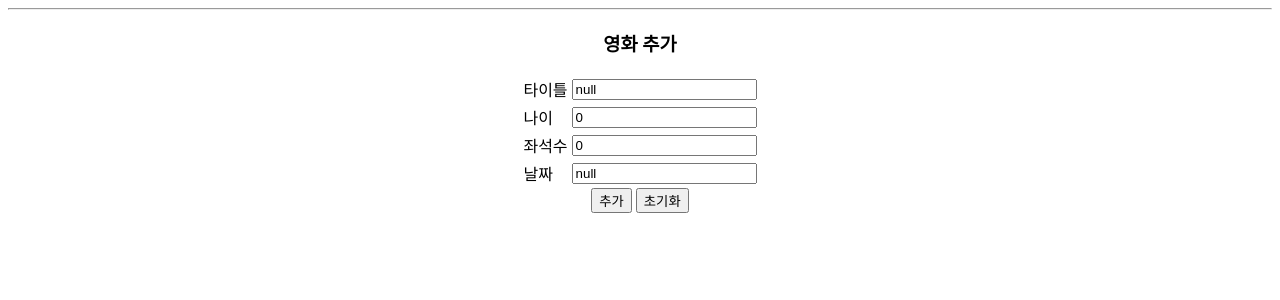
Repository: Juseong-Bang/jspWebProject
Page: http://localhost/FilmBooking/insert.jsp
These files come from the project's save history. The page is drawn as it stood at one moment and after the next save; the edit follows.
The browser window is 1280 px wide. The pictures show the whole page.
The page is served by Tomcat 9. Other server files are loaded and not shown.

Above is the page before, as saved 2017-11-27 16:14:21.

### FilmBooking/WebContent/insert.jsp
<%@page import="Filmbooking.filmBean"%>
<%@page import="Filmbooking.film"%>
<%@ page language="java" contentType="text/html; charset=UTF-8"
    pageEncoding="UTF-8"%>
<!DOCTYPE html PUBLIC "-//W3C//DTD HTML 4.01 Transitional//EN" "http://www.w3.org/TR/html4/loose.dtd">
<html>

<head>
<meta http-equiv="Content-Type" content="text/html; charset=UTF-8">
<title>영화 추가</title>
</head>
<hr>
<body>
<div align="center">
<h3>영화 추가</h3>
<jsp:useBean id="movie" scope="request" class="Filmbooking.film" />
<form name=form1 method=post action=control.jsp/>
<input type=hidden name="film" value="insert">
<table>
<tr>
<td>타이틀</td>
<td><input type ="text" size=20 name=title value="<%=movie.getFilm_name() %>"/></td>
</tr>
<tr>
<td>나이</td>
<td><input type ="text" size=20 name=age value="<%=movie.getAge_phase() %>"/></td>
</tr>
<tr>
<td>좌석수</td>
<td><input type ="text" size=20 name=seat value="<%=movie.getSeat_num()%>"/></td>
</tr>
<tr>
<td>날짜</td>
<td><input type ="text" size=20 name=date value="<%=movie.getDate() %>"/></td>
</tr>
</table>
<input type="submit" value= 추가 >
<input type="reset" value= 초기화>
</div>
</body>
</html>

### FilmBooking/src/Filmbooking/film.java
package Filmbooking;

public class film {

private int id_film;
private String film_name;
private int age_phase;
private int seat_num;
private String date;

public int getId_film() {
	return id_film;
}
public void setId_film(int id_film) {
	this.id_film = id_film;
}
public String getFilm_name() {
	return film_name;
}
public void setFilm_name(String film_name) {
	this.film_name = film_name;
}
public int getAge_phase() {
	return age_phase;
}
public void setAge_phase(int age_phase) {
	this.age_phase = age_phase;
}
public int getSeat_num() {
	return seat_num;
}
public void setSeat_num(int seat_num) {
	this.seat_num = seat_num;
}
public String getDate() {
	return date;
}
public void setDate(String date) {
	this.date = date;
}
}

After the next save:
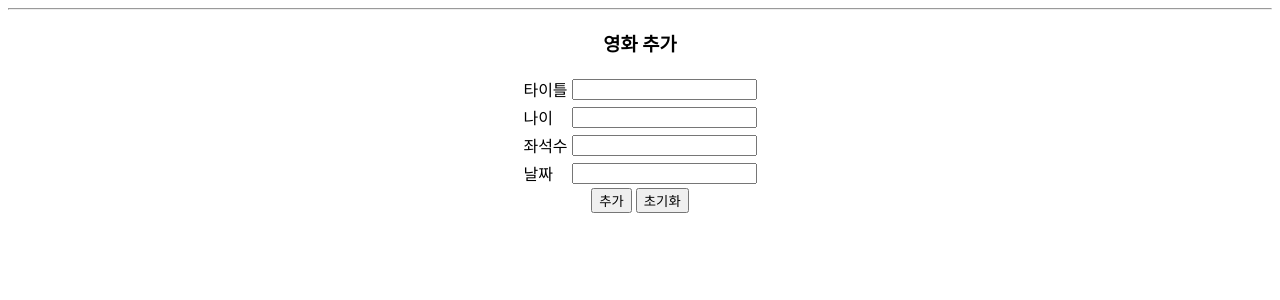
Saved 3 min 55 s later.
--- a/FilmBooking/WebContent/insert.jsp
+++ b/FilmBooking/WebContent/insert.jsp
@@ -14,24 +14,24 @@
 <div align="center">
 <h3>영화 추가</h3>
 <jsp:useBean id="movie" scope="request" class="Filmbooking.film" />
-<form name=form1 method=post action=control.jsp/>
+<form name=form1 method=post action=control.jsp>
 <input type=hidden name="film" value="insert">
 <table>
 <tr>
 <td>타이틀</td>
-<td><input type ="text" size=20 name=title value="<%=movie.getFilm_name() %>"/></td>
+<td><input type ="text" size=20 name=title/></td>
 </tr>
 <tr>
 <td>나이</td>
-<td><input type ="text" size=20 name=age value="<%=movie.getAge_phase() %>"/></td>
+<td><input type ="text" size=20 name=age/></td>
 </tr>
 <tr>
 <td>좌석수</td>
-<td><input type ="text" size=20 name=seat value="<%=movie.getSeat_num()%>"/></td>
+<td><input type ="text" size=20 name=seat/></td>
 </tr>
 <tr>
 <td>날짜</td>
-<td><input type ="text" size=20 name=date value="<%=movie.getDate() %>"/></td>
+<td><input type ="text" size=20 name=date/></td>
 </tr>
 </table>
 <input type="submit" value= 추가 >
